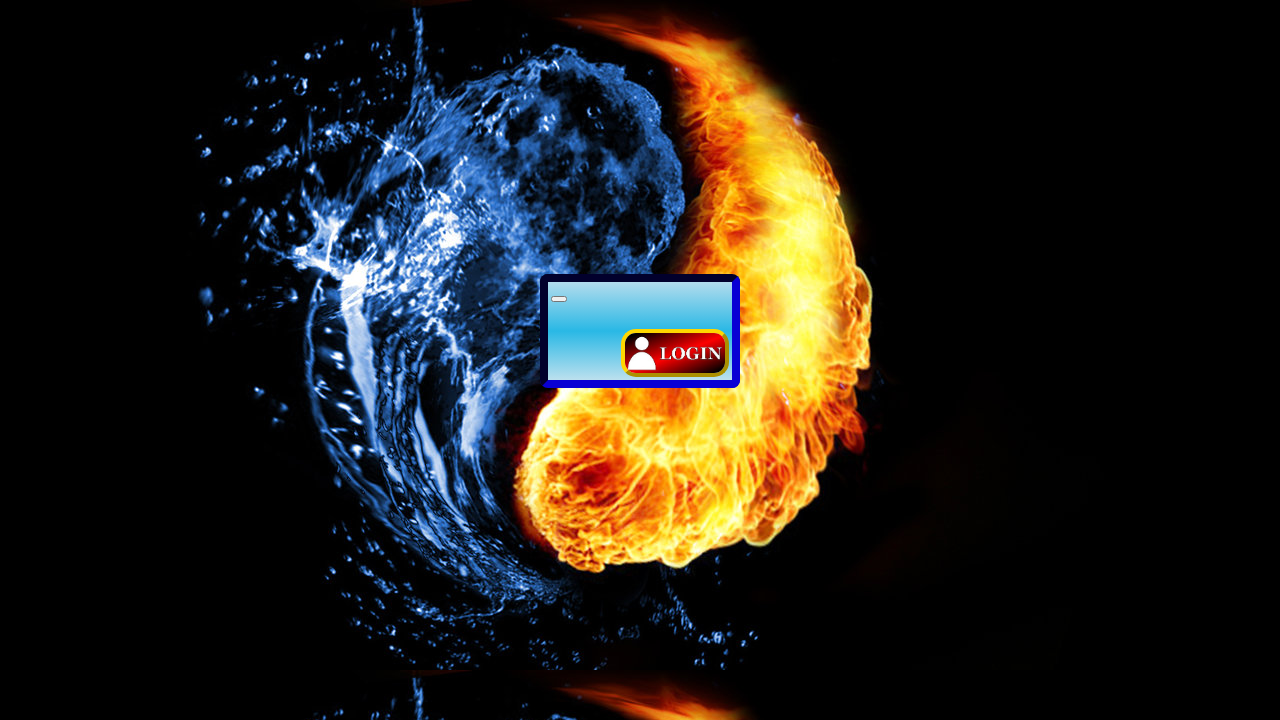
Repository: Albocoder/Event-handler
Page: loginBrain/WebContent/WEB-INF/adminPanel.html
The author's editor kept a copy of each file at every save. The page is drawn from the files as they stood at one save, then again after the next save.
The browser window is 1280 px wide. The pictures show the whole page.

Above is the page before, as saved 2015-08-10 14:36:56.

### loginBrain/WebContent/WEB-INF/adminPanel.html
<!DOCTYPE html>
<html>
<head>
<title>Admin Panel</title>
<meta charset="UTF-8"/>
<style type="text/css">
	table{
			color: gold;
 			font-weight: bold;
			text-shadow: 2px 2px 2px black;
			border:8px inset #060080;
			border-radius: 8px;
background: rgba(179,220,237,1);
background: -moz-linear-gradient(top, rgba(179,220,237,1) 0%, rgba(41,184,229,1) 50%, rgba(188,224,238,1) 100%);
background: -webkit-gradient(left top, left bottom, color-stop(0%, rgba(179,220,237,1)), color-stop(50%, rgba(41,184,229,1)), color-stop(100%, rgba(188,224,238,1)));
background: -webkit-linear-gradient(top, rgba(179,220,237,1) 0%, rgba(41,184,229,1) 50%, rgba(188,224,238,1) 100%);
background: -o-linear-gradient(top, rgba(179,220,237,1) 0%, rgba(41,184,229,1) 50%, rgba(188,224,238,1) 100%);
background: -ms-linear-gradient(top, rgba(179,220,237,1) 0%, rgba(41,184,229,1) 50%, rgba(188,224,238,1) 100%);
background: linear-gradient(to bottom, rgba(179,220,237,1) 0%, rgba(41,184,229,1) 50%, rgba(188,224,238,1) 100%);
filter: progid:DXImageTransform.Microsoft.gradient( startColorstr='#b3dced', endColorstr='#bce0ee', GradientType=0 );
}
body {
	background-image:url('wallpaper.jpg');
}

table{
	margin-top: 230px;
}

input.input{
	border: 4px outset gold;
	border-radius: 15px;
	margin-left: 70px;
}

input{
	border: 3px outset blue;
	border-radius: 5px;
	color: black;
	background: rgb(246,248,249); /* Old browsers */
	background: -moz-linear-gradient(top,  rgba(246,248,249,1) 0%, rgba(229,235,238,1) 50%, rgba(215,222,227,1) 51%, rgba(245,247,249,1) 100%); /* FF3.6+ */
	background: -webkit-gradient(linear, left top, left bottom, color-stop(0%,rgba(246,248,249,1)), color-stop(50%,rgba(229,235,238,1)), color-stop(51%,rgba(215,222,227,1)), color-stop(100%,rgba(245,247,249,1))); /* Chrome,Safari4+ */
	background: -webkit-linear-gradient(top,  rgba(246,248,249,1) 0%,rgba(229,235,238,1) 50%,rgba(215,222,227,1) 51%,rgba(245,247,249,1) 100%); /* Chrome10+,Safari5.1+ */
	background: -o-linear-gradient(top,  rgba(246,248,249,1) 0%,rgba(229,235,238,1) 50%,rgba(215,222,227,1) 51%,rgba(245,247,249,1) 100%); /* Opera 11.10+ */
	background: -ms-linear-gradient(top,  rgba(246,248,249,1) 0%,rgba(229,235,238,1) 50%,rgba(215,222,227,1) 51%,rgba(245,247,249,1) 100%); /* IE10+ */
	background: linear-gradient(to bottom,  rgba(246,248,249,1) 0%,rgba(229,235,238,1) 50%,rgba(215,222,227,1) 51%,rgba(245,247,249,1) 100%); /* W3C */
	filter: progid:DXImageTransform.Microsoft.gradient( startColorstr='#f6f8f9', endColorstr='#f5f7f9',GradientType=0 ); /* IE6-9 */

}
</style>
</head>
<body>
<center>
<table>
<br>
<br>
<tr><td><button alt="asdasdas" /></td></tr>
<tr>
<td colspan = "2">
</tr>
<tr><td colspan="2">
<br>
<input class="input" type="image" src="login.jpg" alt="login" align="center" width="100" height="40">
</td>
</tr>
</form>
</table>
</center>
</body>
</html>

After the next save:
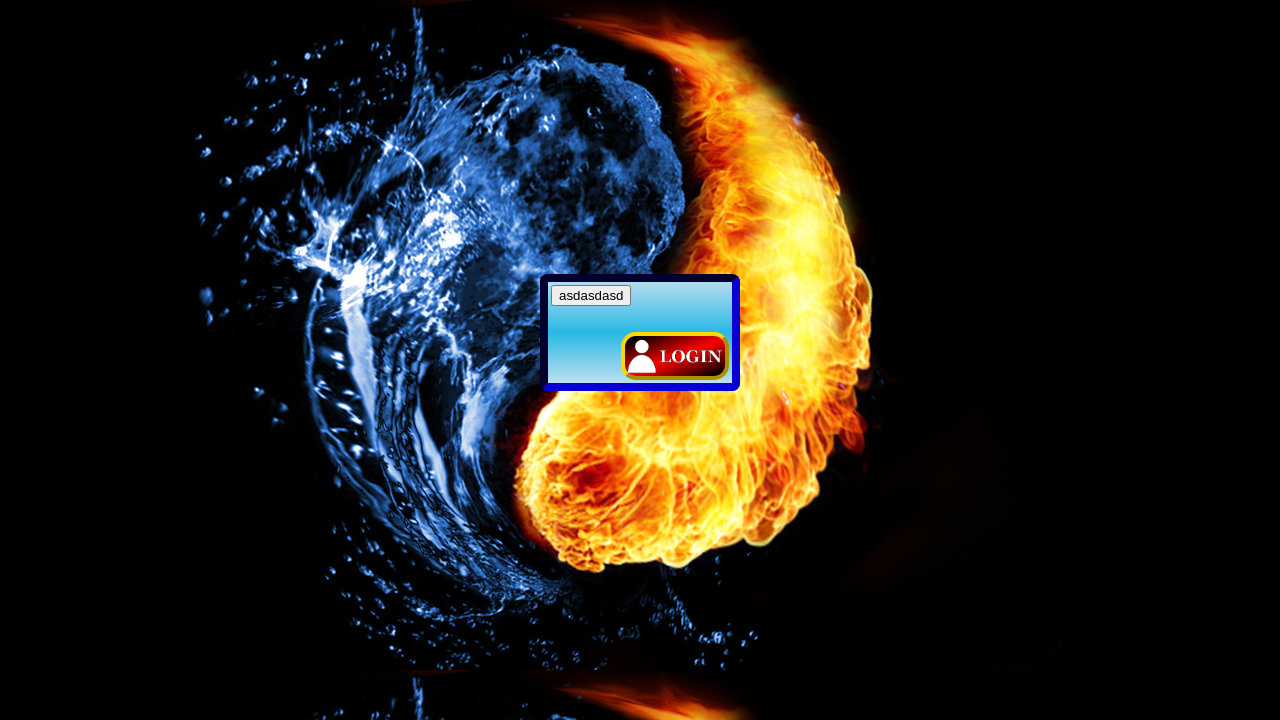
Saved 13 s later.
--- a/loginBrain/WebContent/WEB-INF/adminPanel.html
+++ b/loginBrain/WebContent/WEB-INF/adminPanel.html
@@ -54,7 +54,7 @@ input{
 <table>
 <br>
 <br>
-<tr><td><button alt="asdasdas" /></td></tr>
+<tr><td><button /> asdasdasd</td></tr>
 <tr>
 <td colspan = "2">
 </tr>
